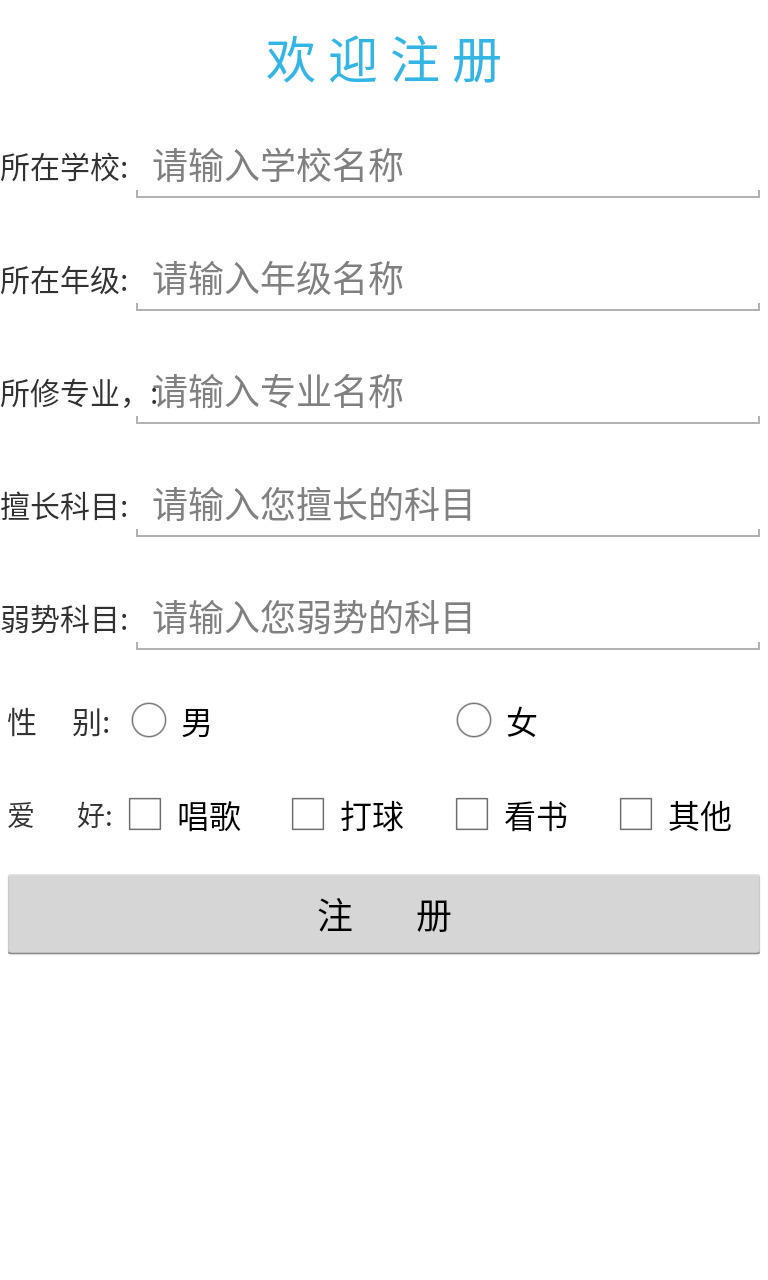
Repository: 17390089054/android
Layout: learning/res/layout/activity_main.xml
These files come from the project's save history. The layout is drawn as it stood at one moment and after the next save; the edit follows.
It is drawn on a 768 x 1280 px phone screen (xhdpi) without system bars, with theme AppTheme; the app's code is not run.

Above is the layout before, as saved 2018-05-01 10:14:24.

### learning/res/layout/activity_main.xml
<LinearLayout xmlns:android="http://schemas.android.com/apk/res/android"
    xmlns:tools="http://schemas.android.com/tools"
    android:layout_width="match_parent"
    android:layout_height="match_parent"
    tools:context=".MainActivity"
    android:orientation="vertical"
    >

    <TextView
        android:id="@+id/textView1"
        android:layout_width="match_parent"
        android:layout_height="wrap_content"
        android:layout_marginTop="10dp"
        android:gravity="center"
        android:text=" 欢 迎 注 册 "
        android:textColor="@android:color/holo_blue_light"
        android:textSize="25sp" />

    <RelativeLayout
        android:layout_width="match_parent"
        android:layout_height="wrap_content"
        android:orientation="horizontal"
        android:layout_marginTop="15dp"
         >
    <!-- school -->
    <TextView
        android:id="@+id/schtxt"
        android:layout_width="wrap_content"
        android:layout_height="wrap_content"
        android:textSize="15sp"
        android:gravity="center"
        android:layout_alignBaseline="@+id/school"
        android:text="所在学校:"
        />
     <EditText
         android:id="@+id/school"
         android:layout_width="match_parent"
         android:layout_height="wrap_content"
         android:layout_toRightOf="@+id/schtxt"
         android:hint="请输入学校名称"
         android:singleLine="true"
         />
    <!-- grade -->
   <TextView
       android:id="@+id/gradetxt"
       android:layout_width="wrap_content"
       android:layout_height="wrap_content"
       android:textSize="15sp"
       android:gravity="center"
       android:layout_alignBaseline="@+id/grade"
       android:layout_below="@+id/school"
       android:text="所在年级:"
       />
    <EditText
        android:id="@+id/grade"
        android:layout_width="match_parent"
        android:layout_height="wrap_content"
        android:layout_below="@+id/school"
        android:layout_marginTop="15dp"
        android:layout_toRightOf="@+id/gradetxt"
        android:layout_alignLeft="@+id/school"
        android:hint="请输入年级名称"
        android:singleLine="true"
        />

   <!-- major -->
   <TextView
       android:id="@+id/majortxt"
       android:layout_width="wrap_content"
       android:layout_height="wrap_content"
       android:textSize="15sp"
       android:layout_alignBaseline="@+id/major"
       android:gravity="center"
       android:text="所修专业，:"
       />
    <EditText
        android:id="@+id/major"
        android:layout_width="match_parent"
        android:layout_height="wrap_content"
       	android:layout_toRightOf="@+id/majortxt"
		android:layout_below="@+id/grade"
		android:layout_alignLeft="@+id/school"
		android:layout_marginTop="15dp"
        android:singleLine="true"
        android:hint="请输入专业名称"
        />

    <!--pros-->
	<TextView
       android:id="@+id/prostxt"
       android:layout_width="wrap_content"
       android:layout_height="wrap_content"
       android:textSize="15sp"
       android:gravity="center"
       android:layout_alignBaseline="@+id/pros"
       android:layout_below="@+id/major"
       android:text="擅长科目:"
       />
    <EditText
        android:id="@+id/pros"
        android:layout_width="match_parent"
        android:layout_height="wrap_content"
        android:layout_below="@+id/major"
        android:layout_marginTop="15dp"
        android:layout_toRightOf="@+id/prostxt"
        android:layout_alignLeft="@+id/school"
        android:hint="请输入您擅长的科目"
        android:singleLine="true"
        />
     <!-- cons -->
    <TextView
       android:id="@+id/constxt"
       android:layout_width="wrap_content"
       android:layout_height="wrap_content"
       android:textSize="15sp"
       android:gravity="center"
       android:layout_alignBaseline="@+id/cons"
       android:layout_below="@+id/pros"
       android:text="弱势科目:"
       />
    <EditText
        android:id="@+id/cons"
        android:layout_width="match_parent"
        android:layout_height="wrap_content"
        android:layout_below="@+id/pros"
        android:layout_marginTop="15dp"
        android:layout_toRightOf="@+id/constxt"
        android:layout_alignLeft="@+id/school"
        android:hint="请输入您弱势的科目"
        android:singleLine="true"
        />

   </RelativeLayout>
   <LinearLayout
       android:layout_width="match_parent"
       android:layout_height="wrap_content"
       android:gravity="center_vertical"
       android:layout_marginTop="15dp"
        >
    <TextView
        android:layout_width="wrap_content"
		android:layout_height="wrap_content"
		android:textSize="15sp"
		android:text=" 性     别: "
        />
    <RadioGroup
        android:id="@+id/group"
        android:layout_width="match_parent"
        android:layout_height="wrap_content"
        android:orientation="horizontal"
        >
		<RadioButton
		    android:id="@+id/boy"
		    android:layout_width="wrap_content"
		    android:layout_height="wrap_content"
		    android:layout_weight="1"
		    android:text="男"
		    />
	    <RadioButton
	    android:id="@+id/girl"
	    android:layout_width="wrap_content"
	    android:layout_height="wrap_content"
	    android:layout_weight="1"
	    android:text="女"
	    />
    </RadioGroup>
   </LinearLayout>

  <LinearLayout
      android:layout_width="match_parent"
      android:layout_height="wrap_content"
      android:gravity="center_vertical"
      android:layout_marginTop="15dp"
      >
    <TextView
        android:id="@+id/hobbies"
        android:layout_width="wrap_content"
        android:layout_height="wrap_content"
        android:text=" 爱      好:"

        />
  <CheckBox
      android:id="@+id/sing"
      android:layout_width="wrap_content"
      android:layout_height="wrap_content"
	  android:layout_weight="1"
      android:text="唱歌"
      />


  <CheckBox
      android:id="@+id/playball"
      android:layout_width="wrap_content"
      android:layout_height="wrap_content"
     android:layout_weight="1"
      android:text="打球"
      />

  <CheckBox
      android:id="@+id/book"
      android:layout_width="wrap_content"
      android:layout_height="wrap_content"
      android:layout_weight="1"
      android:text="看书"
      />
  <CheckBox
  android:id="@+id/other"
  android:layout_width="wrap_content"
  android:layout_height="wrap_content"
  android:layout_weight="1"
  android:text="其他"
  />


  </LinearLayout>

	<Button
	    android:id="@+id/btn"
	    android:layout_width="match_parent"
	    android:layout_height="wrap_content"
	  	android:gravity="center"
	    android:text="注       册"
	    android:layout_marginTop="10dp"
	    />

</LinearLayout>

Loaded but not shown: learning/res/values/styles.xml (common file); learning/res/values-v11/styles.xml (common file); learning/res/values-v14/styles.xml (common file)

After the next save:
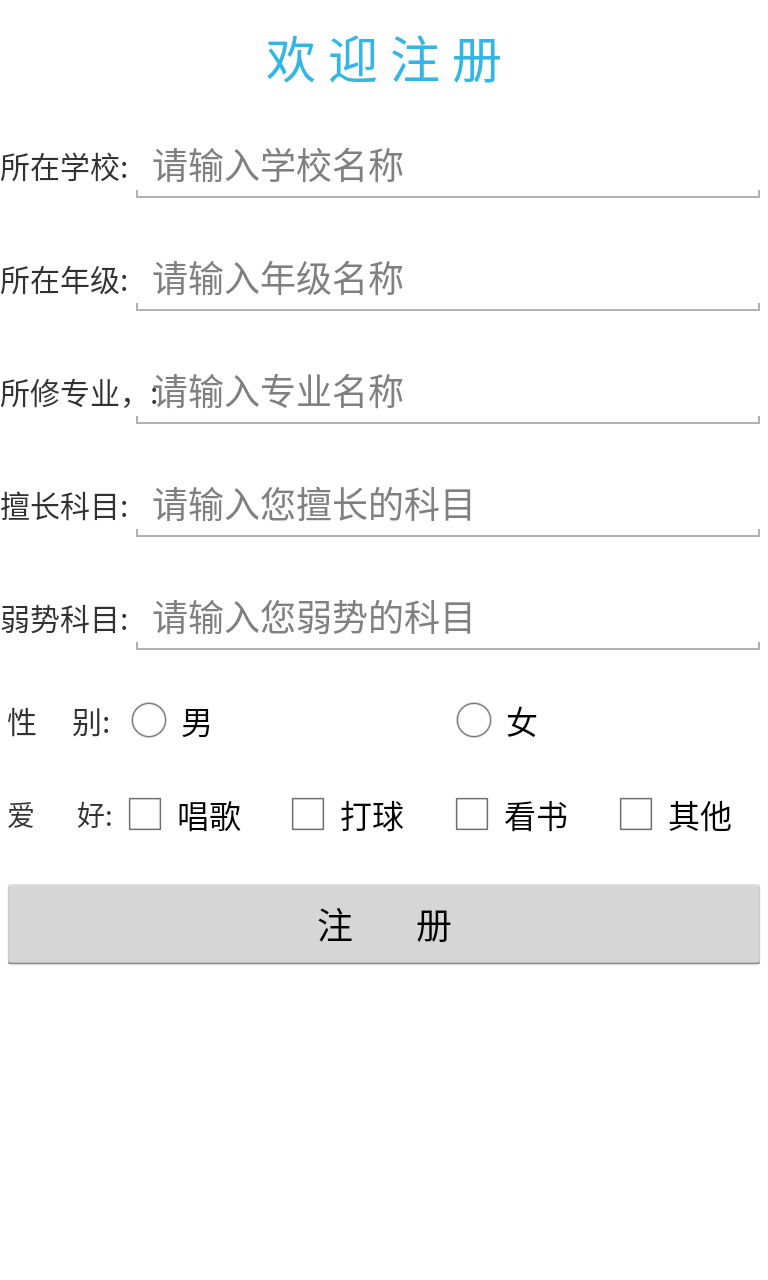
Saved 25 s later.
--- a/learning/res/layout/activity_main.xml
+++ b/learning/res/layout/activity_main.xml
@@ -220,7 +220,7 @@
 	    android:layout_height="wrap_content"
 	  	android:gravity="center"
 	    android:text="注       册"
-	    android:layout_marginTop="10dp"
+	    android:layout_marginTop="15dp"
 	    />
 
 </LinearLayout>
